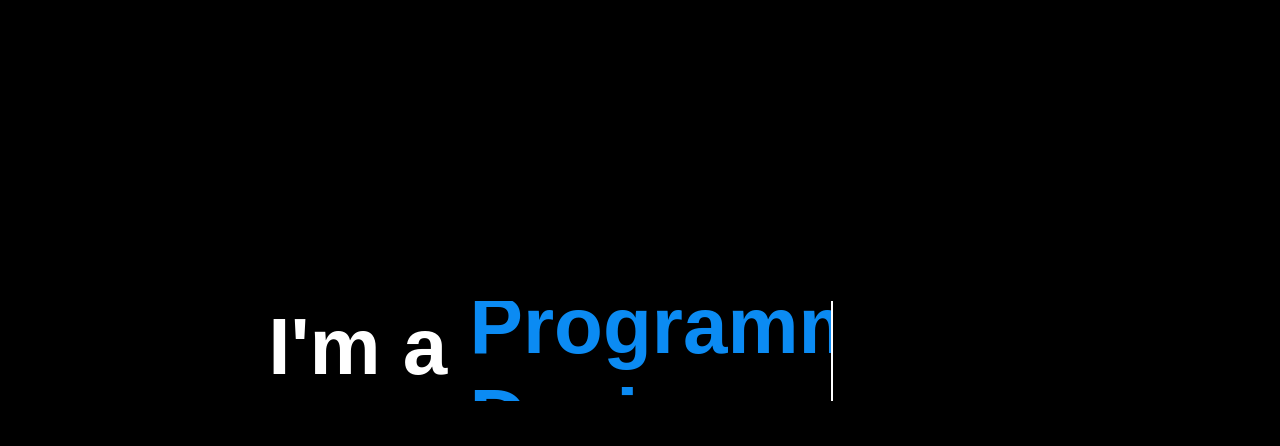
Repository: DevMike1993/Animations_HTML_CSS_JAVASCRIPT
Page: xx_Type_Text_Animation/index.html
These files come from the project's save history. The page is drawn as it stood at one moment and after the next save; the edit follows.
The browser window is 1280 px wide. The pictures show the whole page.

Above is the page before, as saved 2023-12-03 16:45:22.

### xx_Type_Text_Animation/index.html
<!DOCTYPE html>
<html lang="en">
<head>
    <meta charset="UTF-8">
    <meta name="viewport" content="width=device-width, initial-scale=1.0">
    <link rel="stylesheet" href="style.css">
    <title>Type Text Animation</title>
</head>
<body>
    <div= class="text-box">
        <div class="fixed-text">I'm a</div>
        <div class="animated-text">
            <div>
                <span>Photographer.</span>
                <span>Programmer.</span>
                <span>Designer.</span>
            </div>
        </div>
    </div>
</body>
</html>

### xx_Type_Text_Animation/style.css
*,*:after,*:before{
    -webkit-box-sizing: border-box;
    -moz-box-sizing: border-box;
    -ms-box-sizing: border-box;
    box-sizing: border-box;
}

body {
    font-family: "Montserrat", sans-serif;
    font-size: 18px;
    margin: 0;
    background: #000;
    color: rgb(11, 139, 243);
    display: flex;
    align-items: center;
    font-size-adjust: center;
    justify-content: space-around;
    min-height: 100vh;
}

.text-box {
    font-size: 80px;
    font-weight: 900;
    text-align: center;
    width: 100%;
}

.fixed-text {
    display: inline-block;
    color: #fff;
    vertical-align: top;
}

.animated-text {
    display: inline-block;
    height: 100px;
    overflow: hidden;
}

.animated-text div{
    animation: 9s wordChange;
    animation-iteration-count: infinite;
    animation-timing-function: steps(1);
}

.animated-text span {
    position: relative;
    color: rgb(11, 139, 243);
    display: block;
    text-align: left;
}

.animated-text span:after {
    content: "";
    position: absolute;
    left: 0;
    height: 100%;
    border-left: 2px solid white;
    right: -2px;
    background-color: #000;
    animation: 3s textType;
    animation-iteration-count: infinite;
    animation-timing-function: steps(12);
    animation-fill-mode: backwards;
}

@keyframes textType {
    0%{
        left: 0%;
    }
    50%{
        left: 100%;
    }
    100%{
        left: 0%;
    }
}

@keyframes wordChange {
    0%{
        margin-top: 0;
    }
    33.333%{
        margin-top: -113px;
    }
    66.666%{
        margin-top: -226px;
    }
    100%{
        margin-top: 0;
    }
}

After the next save:
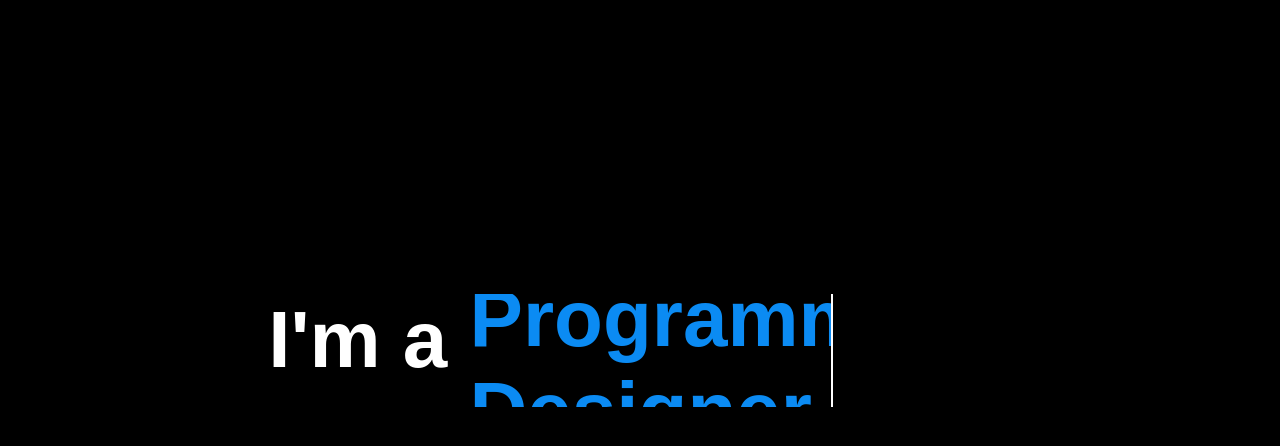
Saved 10 s later.
--- a/xx_Type_Text_Animation/style.css
+++ b/xx_Type_Text_Animation/style.css
@@ -33,7 +33,7 @@ body {
 
 .animated-text {
     display: inline-block;
-    height: 100px;
+    height: 113px;
     overflow: hidden;
 }
 
